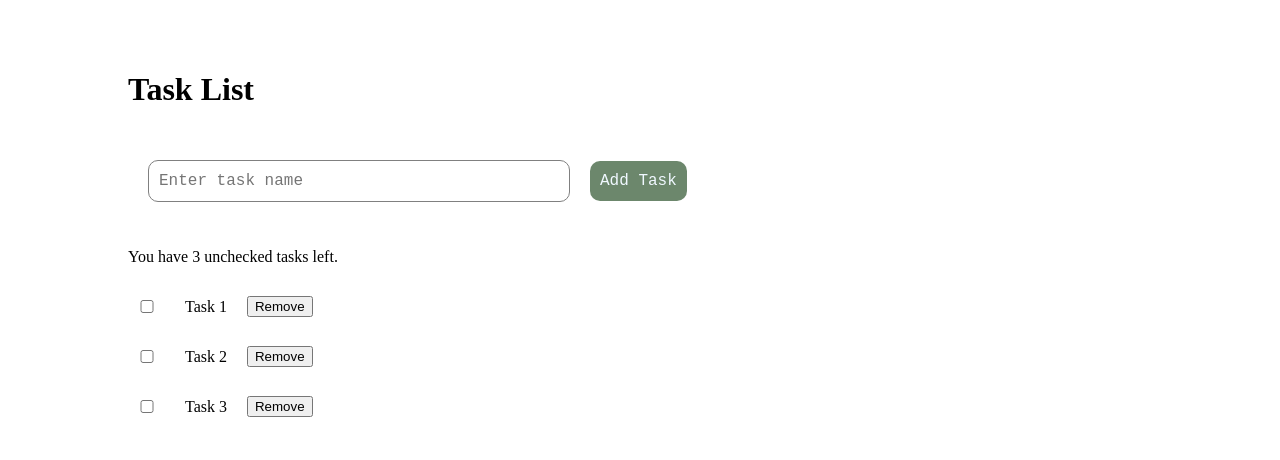
Repository: SandyLy453/task-list
Page: /
An editor plug-in stored every save of this project. The page is shown before and after the next save, followed by the edit.
The browser window is 1280 px wide. The pictures show the whole page.
The project was rebuilt for these pictures with package versions that can differ from the ones it lists, and the page was loaded fresh each time. Also part of the build but not shown: vite.config.js.

Above is the page before, as saved 2024-10-11 15:25:52.

### src/App.jsx
import { useState } from 'react';
import Task from './components/Task';
import TaskForm from './components/TaskForm';

function App() {
  const [tasks, setTasks] = useState([
    { name: 'Task 1', checked: false },
    { name: 'Task 2', checked: false },
    { name: 'Task 3', checked: false }
  ]);

  // Function to calculate the number of unchecked tasks
  const getUncheckedCount = () => {
    return tasks.filter((task) => !task.checked).length;
  };

  // Function to add a new task
  const addTask = (taskName) => {
    setTasks([...tasks, { name: taskName, checked: false }]); // New tasks are unchecked by default
  };

  // Function to remove a task
  const removeTask = (taskName) => {
    setTasks(tasks.filter((task) => task.name !== taskName));
  };

  // Function to toggle the task status
  const toggleTaskStatus = (taskName) => {
    const updatedTasks = tasks.map((task) =>
      task.name === taskName ? { ...task, checked: !task.checked } : task
    );
    setTasks(updatedTasks); // Update the task's checked status in the parent state
  };

  return (
    <>
      <div className="container">
        <h1>Task List</h1>
        <TaskForm addTask={addTask} />
        <p>You have {getUncheckedCount()} unchecked tasks left.</p>
        <div>
          {tasks.map((task, index) => (
            <Task
              key={index}
              name={task.name}
              checked={task.checked}
              toggleTaskStatus={toggleTaskStatus}
              removeTask={removeTask}
            />
          ))}
        </div>
      </div>
    </>
  );
}

export default App;

### src/index.css
.container {
  padding: 20px;
  margin: 30px 100px;
}

.inputBox {
  padding: 10px 0 10px 0;
}

.input {
  height: 20px;
  width: 400px;
  padding: 10px;
  font-size: 16px;
  font-family: monospace;
  margin: 20px;
  border-radius: 10px;
  border: 1px solid gray;
}

.sm-btn{
  height: 40px;
  padding: 10px;
  font-size: 16px;
  font-family: monospace;
  background-color: rgb(108, 135, 108);
  color: aliceblue;
  border: none;
  border-radius: 10px;
}

.sm-btn:hover {
  background-color: rgb(84, 103, 84);
}

.task {
  display: flex;
  flex-direction: row;
  align-items: center;
  gap: 20px;
}

.checkBox {
  width: 30px;
}

### src/components/Task.jsx
import { useRef, useEffect } from "react";

export default function Task({ name, checked, removeTask, toggleTaskStatus }) {
  const checkboxRef = useRef(null);
  const taskNameRef = useRef(null);

  useEffect(() => {
    const checkbox = checkboxRef.current;
    const crossText = taskNameRef.current;

    // Handle the initial checked state
    if (checked) {
      checkbox.checked = true;
      crossText.style.textDecoration = "line-through";
    } else {
      checkbox.checked = false;
      crossText.style.textDecoration = "none";
    }

    const handleCheckBoxChange = () => {
      toggleTaskStatus(name);
    };

    checkbox.addEventListener("change", handleCheckBoxChange);

    return () => {
      checkbox.removeEventListener("change", handleCheckBoxChange);
    };
  }, [name, checked, toggleTaskStatus]);

  return (
    <>
      <div className="task">
        <label>
          <input type="checkbox" ref={checkboxRef} className="checkBox"/>
        </label>
        <p ref={taskNameRef} className="content">{name}</p>
        <button className="task-delete" onClick={() => removeTask(name)}>
          Remove
        </button>
      </div>
    </>
  );
}

### src/components/TaskForm.jsx
import { useState } from "react";

export default function TaskForm({ addTask }) {
  const [inputValue, setInputValue] = useState("");

  const handleSubmit = (e) => {
    e.preventDefault();
    if (inputValue.trim() !== "") {
      addTask(inputValue);
      setInputValue(""); // clear the input
    }
  };

  return (
    <form onSubmit={handleSubmit} className="inputBox">
      <input
        type="text"
        value={inputValue}
        onChange={(e) => setInputValue(e.target.value)}
        placeholder="Enter task name"
        className="input"
      />
      <button type="submit" className="sm-btn">Add Task</button>
    </form>
  );
}

Loaded but not shown: index.html (common file); src/main.jsx (common file)

After the next save:
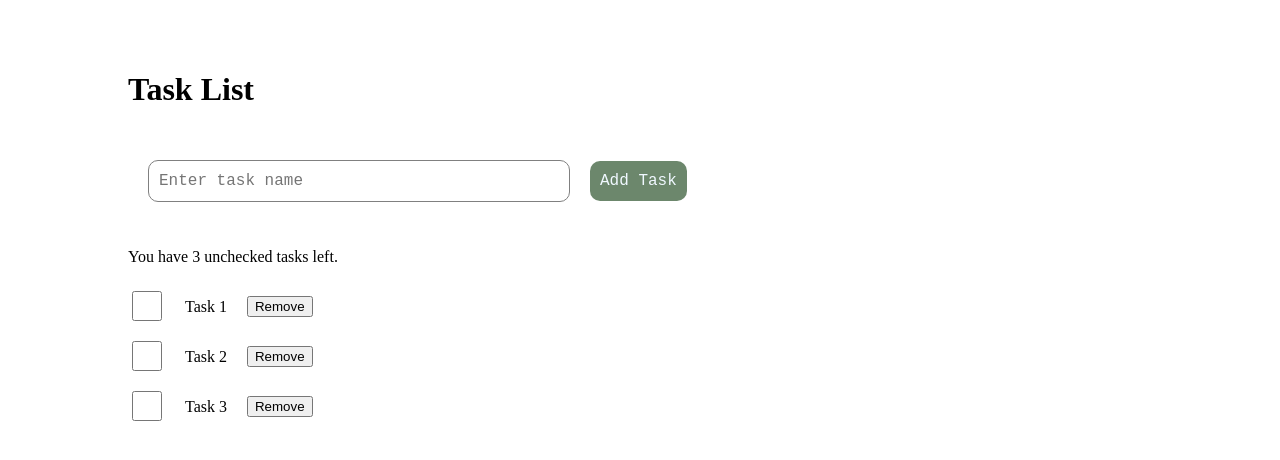
Saved 22 s later.
--- a/src/index.css
+++ b/src/index.css
@@ -42,4 +42,5 @@
 
 .checkBox {
   width: 30px;
+  height: 30px;
 }
